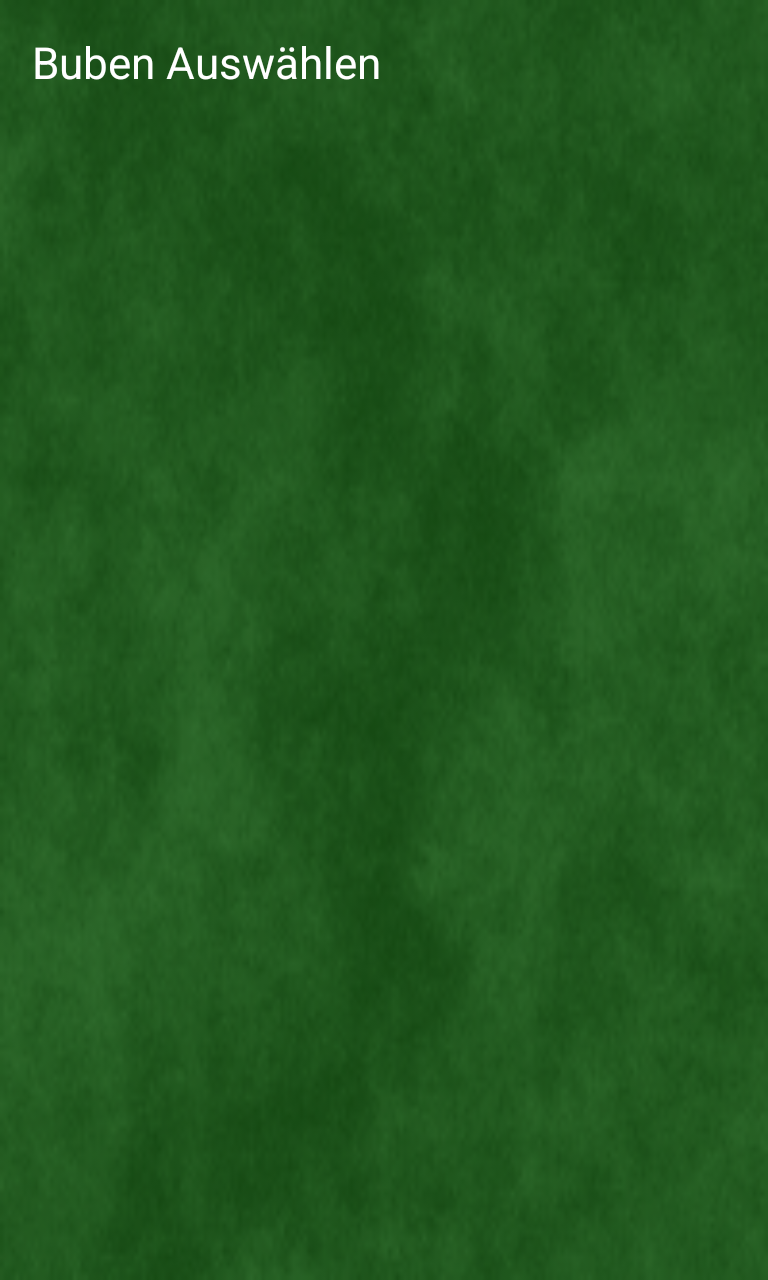
Repository: razinanu/InSy-Skat
Layout: InSy-Skat/res/layout/fragment_null_s.xml
The author's editor kept a copy of each file at every save. The layout is drawn from the files as they stood at one save, then again after the next save.
It is drawn on a 768 x 1280 px phone screen (xhdpi) without system bars, with theme AppThemeWithoutActionBarTitle; the app's code is not run.

Above is the layout before, as saved 2014-06-21 18:30:00.

### InSy-Skat/res/layout/fragment_null_s.xml
<ScrollView xmlns:android="http://schemas.android.com/apk/res/android"
    xmlns:tools="http://schemas.android.com/tools"
    android:layout_width="match_parent"
    android:layout_height="match_parent"
    android:paddingBottom="@dimen/activity_vertical_margin"
    android:paddingLeft="@dimen/activity_horizontal_margin"
    android:paddingRight="@dimen/activity_horizontal_margin"
    android:paddingTop="@dimen/activity_vertical_margin"
    android:background="@drawable/hintergrundapp"
    tools:context="com.example.insy_skat.NullSPActivity$PlaceholderFragment" >


        <LinearLayout
            android:layout_width="match_parent"
            android:layout_height="wrap_content"
            android:orientation="vertical" >

             <TextView
        android:id="@+id/bubenAuswahlText"
        android:layout_width="wrap_content"
        android:layout_height="wrap_content"
        android:text="@string/bubenAuswaehlen"
        android:textAppearance="?android:attr/textAppearanceLarge"
        android:textColor="#ffffff" />

        </LinearLayout>


</ScrollView>

### InSy-Skat/res/values/strings.xml
<?xml version="1.0" encoding="utf-8"?>
<resources>

    <string name="app_name">Reizassistent</string>
    <string name="action_settings">Settings</string>
    <string name="zurueck">Zurück</string>
    <string name="weiter">Weiter</string>
    <string name="menue">Menü</string>
    <string name="abbrechen">Beenden</string>
    <string name="farbspielGrand">Farbspiel/Grand</string>
    <string name="nullString">Null</string>
    <string name="grand">Grand</string>
    <string name="reizassistent">Reizassistent</string>
    <string name="bubenAuswaehlen">Buben Auswählen</string>
    <string name="farbenAuswahl">Farben Auswählen</string>
    <string name="reizenTabelle">Reiztabelle</string>
    <string name="title_activity_selected_soldiers">SelectedSoldiers</string>
    <string name="title_activity_farben_auswahl">FarbenAuswahl</string>
    <string name="title_activity_result">ResultActivity</string>
    <string name="info_title">Zusätzliche Informationen</string>
    <string name="home_title">Hauptmenü</string>
    <string name="title_activity_null_sp">NullSPActivity</string>
    <string name="nullspiel">......</string>

</resources>

Loaded but not shown: InSy-Skat/res/values-v11/styles.xml (common file); InSy-Skat/res/values/styles.xml (common file); InSy-Skat/res/values-v14/styles.xml (common file); InSy-Skat/res/values/dimens.xml (common file); InSy-Skat/res/values-w820dp/dimens.xml (common file)

After the next save:
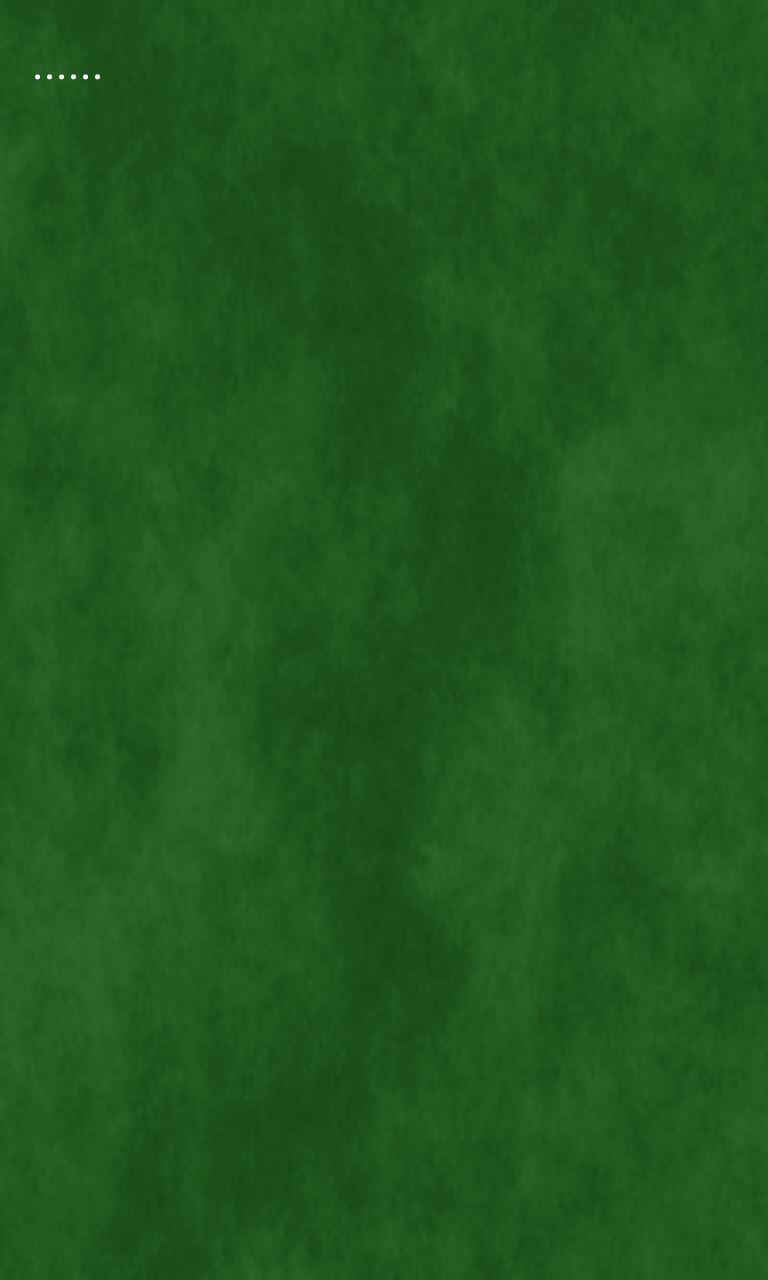
Saved 35 s later.
--- a/InSy-Skat/res/layout/fragment_null_s.xml
+++ b/InSy-Skat/res/layout/fragment_null_s.xml
@@ -19,7 +19,7 @@
         android:id="@+id/bubenAuswahlText"
         android:layout_width="wrap_content"
         android:layout_height="wrap_content"
-        android:text="@string/bubenAuswaehlen"
+        android:text="@string/nullspiel"
         android:textAppearance="?android:attr/textAppearanceLarge"
         android:textColor="#ffffff" />
 
